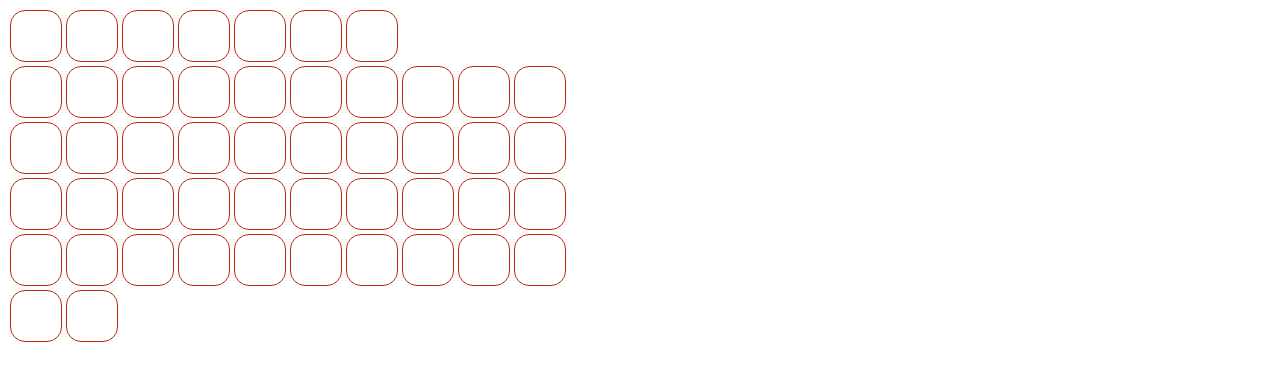
Repository: LechCieslak/anchor_and_anchois
Page: index.html
An editor plug-in stored every save of this project. The page is shown before and after the next save, followed by the edit.
The browser window is 1280 px wide. The pictures show the whole page.

Above is the page before, as saved 2020-04-22 01:09:11.

### index.html
<!DOCTYPE html>
<html lang="pl">
<head>
    <meta charset="UTF-8">
    <meta name="viewport" content="width=device-width, initial-scale=1.0">
    <meta http-equiv="X-UA-Compatible" content="ie=edge">
    <link rel="stylesheet" href="style.css">
    <title>myPaint</title>
</head>
<body>

    <div class="row">
        <div class="field" onclick="boberFunc()"></div>
        <div class="field" onclick="boberFunc2()"></div>
        <div class="field" onclick="boberFunc()"></div>
        <div class="field" onclick="colChange()"></div>
        <div class="field"></div>
        <div class="field"></div>
        <div class="field"></div>
        <div class="field2"></div>
        <div class="field"></div>
        <div class="field"></div>

        <div class="field"></div>
        <div class="field"></div>
        <div class="field"></div>
        <div class="field"></div>
        <div class="field"></div>
        <div class="field"></div>
        <div class="field"></div>
        <div class="field"></div>
        <div class="field"></div>
        <div class="field"></div>

        <div class="field"></div>
        <div class="field"></div>
        <div class="field"></div>
        <div class="field"></div>
        <div class="field"></div>
        <div class="field"></div>
        <div class="field"></div>
        <div class="field"></div>
        <div class="field"></div>
        <div class="field"></div>

        <div class="field"></div>
        <div class="field"></div>
        <div class="field"></div>
        <div class="field"></div>
        <div class="field"></div>
        <div class="field"></div>
        <div class="field"></div>
        <div class="field"></div>
        <div class="field"></div>
        <div class="field"></div>

        <div class="field"></div>
        <div class="field"></div>
        <div class="field"></div>
        <div class="field"></div>
        <div class="field"></div>
        <div class="field"></div>
        <div class="field"></div>
        <div class="field"></div>
        <div class="field"></div>
        <div class="field"></div>
    </div>

    <!-- <button onclick="boberFunc()">click me</button> -->



    <script src="app.js"></script>
</body>
</div></htm>

### style.css
* {
    padding: 0;
    margin: 0;
}

.row {
    display: inline-block;
    width: 560px;
    margin: 10px;
 }

.field {
    display: inline-block;
    border: 1px solid #be2409;
    border-radius: 15px;
    width: 50px;
    height: 50px;
}

.field:hover {
    background-color: #be2409;
    /* background-image: url(images/face.png); */
}

.field:active {
    background-image: url(images/face.png);
    background-color: #09be21;
}

### app.js
let ter = new Date;

boberFunc = () => {
    console.log("1. div");
}

boberFunc2 = () => {
    console.log(ter.getHours()+":"+ter.getMinutes()+":"+ter.getSeconds());
console.log(ter.getTime())
}

colChange = () => {
    var elem = document.querySelector(".field2");
    console.log("uuuutttt")

    elem.style.backgroundColor = "#be2409";
    console.log("koniec");
}

After the next save:
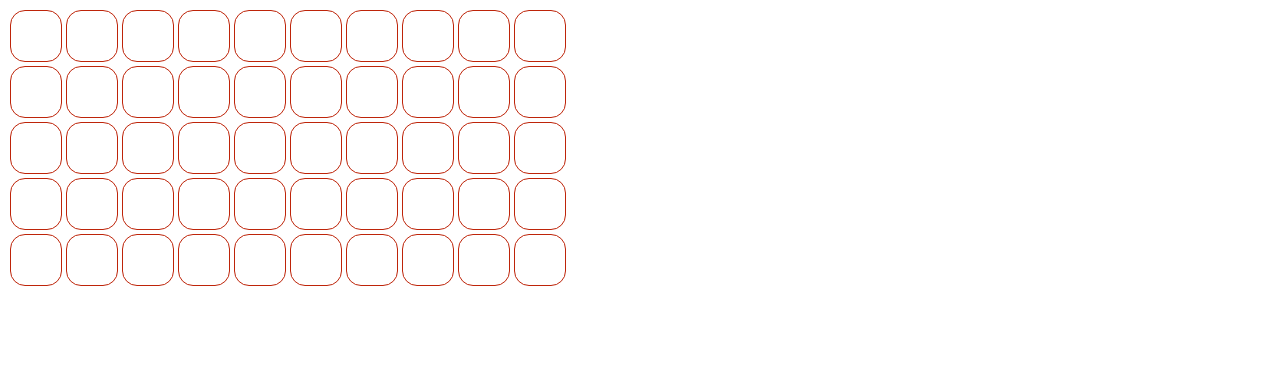
Saved 31 s later.
--- a/index.html
+++ b/index.html
@@ -17,7 +17,7 @@
         <div class="field"></div>
         <div class="field"></div>
         <div class="field"></div>
-        <div class="field2"></div>
+        <div class="field"></div>
         <div class="field"></div>
         <div class="field"></div>
 
